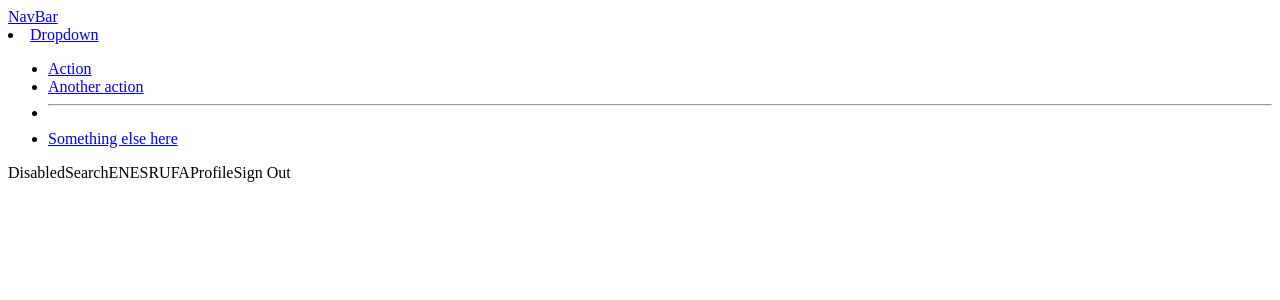
Repository: AHSANS354/ecommerce-catalog
Page: /
The author's editor kept a copy of each file at every save. The page is drawn from the files as they stood at one save, then again after the next save.
The browser window is 1280 px wide. The pictures show the whole page.
The project was rebuilt for these pictures with package versions that can differ from the ones it lists, and the page was loaded fresh each time. Also part of the build but not shown: vue.config.js.

Above is the page before, as saved 2023-03-01 15:20:15.

After the next save:
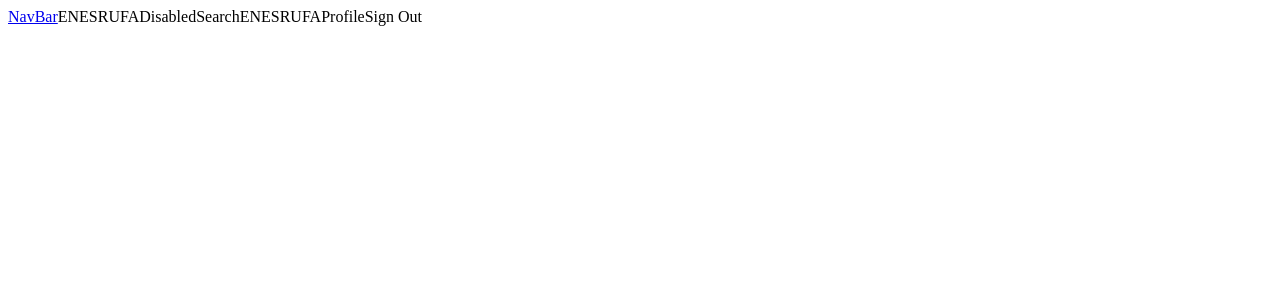
Saved 54 s later.
--- a/src/components/NavbarView.vue
+++ b/src/components/NavbarView.vue
@@ -7,23 +7,12 @@
 
       <b-collapse id="nav-collapse" is-nav>
         <b-navbar-nav>
-          <li class="nav-item dropdown">
-            <a
-              class="nav-link dropdown-toggle"
-              href="#"
-              role="button"
-              data-bs-toggle="dropdown"
-              aria-expanded="false"
-            >
-              Dropdown
-            </a>
-            <ul class="dropdown-menu">
-              <li><a class="dropdown-item" href="#">Action</a></li>
-              <li><a class="dropdown-item" href="#">Another action</a></li>
-              <li><hr class="dropdown-divider" /></li>
-              <li><a class="dropdown-item" href="#">Something else here</a></li>
-            </ul>
-          </li>
+          <b-nav-item-dropdown text="Lang" right>
+            <b-dropdown-item href="#">EN</b-dropdown-item>
+            <b-dropdown-item href="#">ES</b-dropdown-item>
+            <b-dropdown-item href="#">RU</b-dropdown-item>
+            <b-dropdown-item href="#">FA</b-dropdown-item>
+          </b-nav-item-dropdown>
           <b-nav-item href="#" disabled>Disabled</b-nav-item>
         </b-navbar-nav>
 
